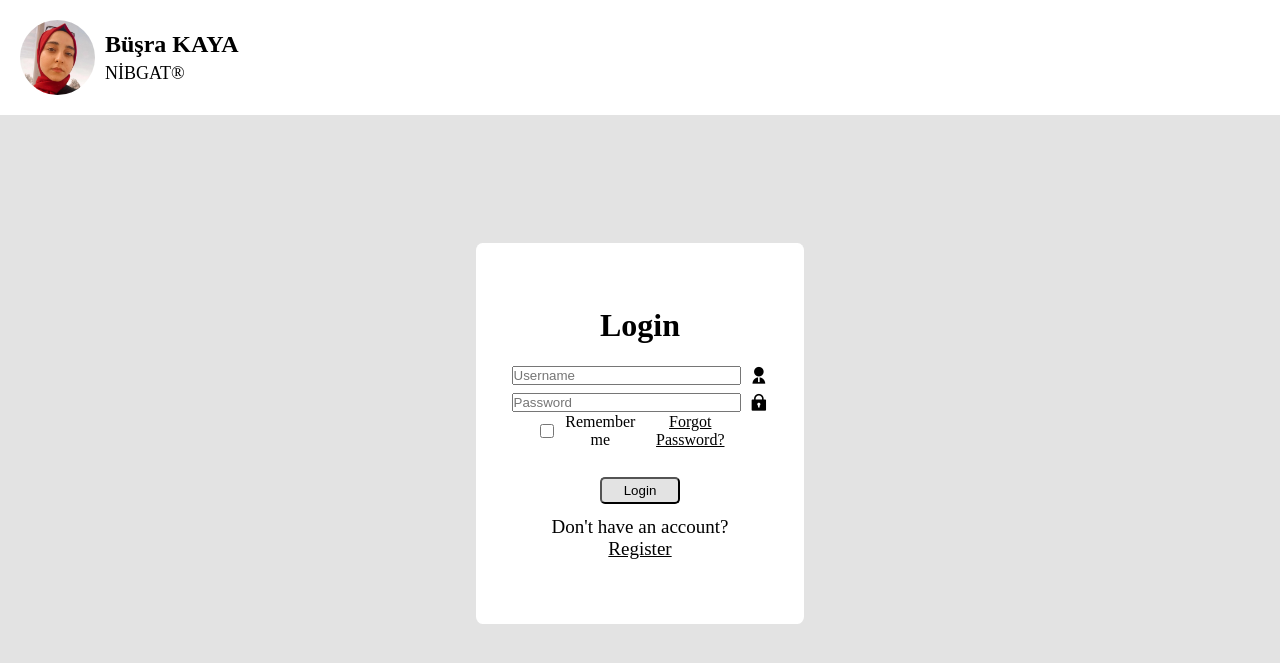
Repository: busra-kayaa/LoginPage
Page: login.html
The author's editor kept a copy of each file at every save. The page is drawn from the files as they stood at one save, then again after the next save.
The browser window is 1280 px wide. The pictures show the whole page.

Above is the page before, as saved 2024-01-05 09:39:42.

### login.html
<!DOCTYPE html>
<html>
    <head>
        <title>Login Page</title>
        <link rel="stylesheet" href="./style.css" type="text/css"/>
        <link rel="stylesheet" href="https://cdnjs.cloudflare.com/ajax/libs/remixicon/3.5.0/remixicon.css" crossorigin="">

    </head>
    <body>
        <div class="header-container">
            <div
                class="header-left-side-container"
            >
                <img
                    src="./busra.jpg"
                    height="75px"
                    width="75px"
                    class="logo"
                />
                <div class="header-desc-container">
                    <span class="header-title">
                        Büşra KAYA
                    </span>
                    <span class="header-content">
                        NİBGAT®
                    </span>
                </div>
            </div>
        </div>
        <div class="login-from-container">
          <div class ="login-text"><h1>Login</h1></div>
            <div class="input-group1">
                <input
                    type="text"
                    placeholder="Username"
                    class="input-text"
                    autocomplete="off"
                />
                <i class="ri-user-2-fill"></i>
            </div>
            <div class="input-group2">
                <input
                    type="password"
                    placeholder="Password"
                    class="input-text"
                    autocomplete="off"
                />
                <i class="ri-lock-2-fill"></i>
            </div>
            <div class="login__check">
                <div class="login__check-box">
                   <input type="checkbox" class="login__check-input" id="user-check">
                   <label for="user-check" class="login__check-label">Remember me</label>
                </div>

                <a href="#" class="login__forgot">Forgot Password?</a>
             </div>

             <button type="submit" class="login__button">Login</button>

             <div class="login__register">
                Don't have an account? <a href="#">Register</a>
             </div>
        </div>
    </body>
</html>

### style.css

* {
    padding: 0;
    margin: 0;
}

body {
    background-color: #e3e3e3;
}

.header-container {
    justify-content: space-between;
    background-color: #ffffff;
    flex-direction: row;
    align-items: center;
    padding: 20px;
    display: flex;
    margin-bottom: 10%;
}
.header-left-side-container {
    flex-direction: row;
    align-items: center;
    display: flex;
}

.logo {
    border-radius: 50%;
    margin-right: 10px;
}

.header-desc-container {
    display: flex;
    flex-direction: column;
}

.header-title {
    display: flex;
    flex-direction:column;
    font-weight: bold;
    font-size: 24px;
    margin-bottom: 5px;
}

.header-content {
    font-weight:normal;
    font-size: 18px;
    color:rgb(0, 0, 0);
}

.login-from-container {
    background-color: #ffffff;
    display: flex;
    border-radius: 2%;
    flex-direction: column;
    align-items: center;
    text-align: center;
    margin: auto;
    width: 200px;
    padding: 5%;
}

.login-text {
    padding-bottom: 15px;
}

.input-group1 {
    display: grid;
    grid-template-columns: 1fr max-content;
    column-gap: .55rem;
    align-items: center;
    margin: 3%;
}

.input-group1 i {
    font-size: 1.20rem;
  }

.input-text {
    width: 225px;
}

.input-group2 {
    display: grid;
    grid-template-columns: 1fr max-content;
    column-gap: .55rem;
    align-items: center;

}
.input-group2 i {
    font-size: 1.20rem;
  }

  .login__check,
  .login__check-box {
    display: flex;
    justify-content: space-between;
    align-items: center;
  }

  .login__check {
    margin-bottom: 1rem;
  }

  .login__check-box {
    column-gap: .4rem;
  }

  .login__check-input {
    width: 1rem;
    height: 1rem;
  }

  .login__forgot {
    color: var(--white-color);
  }

  .login__forgot:hover {
    text-decoration: underline;
  }

  .login__button {
    width: 40%;
    padding: 2%;
    margin: 6%;
    background-color:#e3e3e3;
    border-radius: 5px;
    cursor: pointer;
  }

  .login__register {
    font-size: 19px;
    text-align: center;
  }

  .login__register a {
    color: var(--white-color);
    font-weight: 500;
  }

  .login__register a:hover {
    text-decoration: underline;
  }

After the next save:
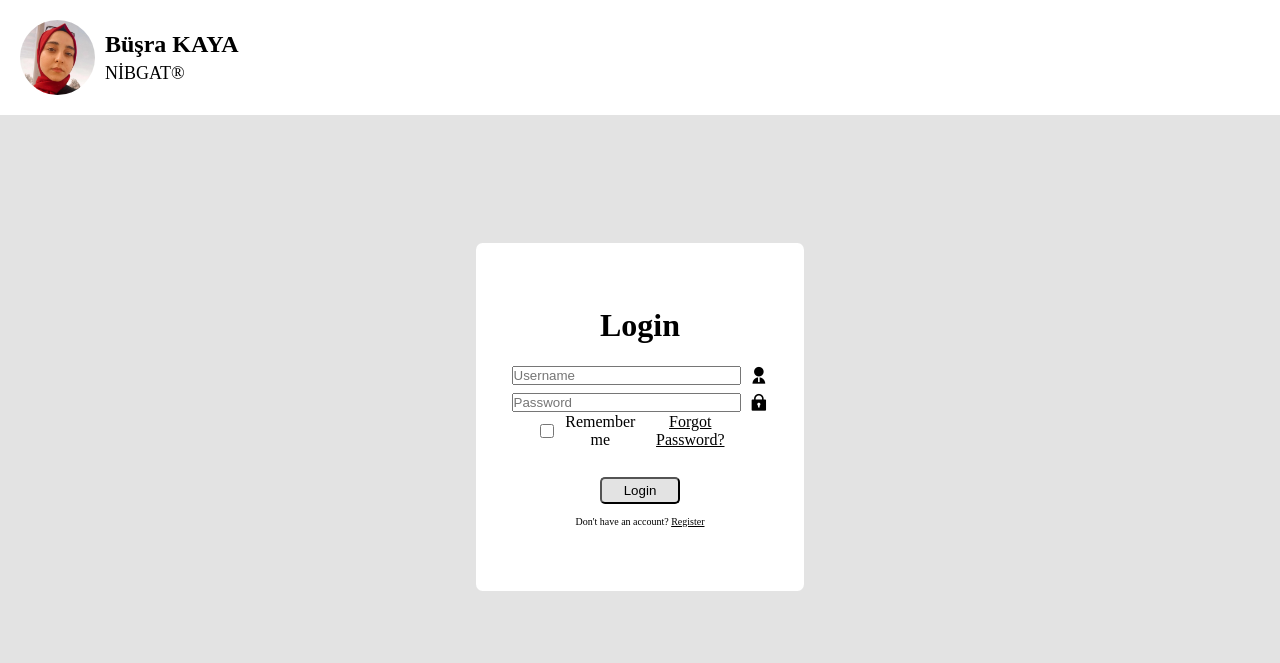
Saved 7 s later.
--- a/style.css
+++ b/style.css
@@ -128,7 +128,7 @@ body {
   }
 
   .login__register {
-    font-size: 19px;
+    font-size: 10px;
     text-align: center;
   }
 
